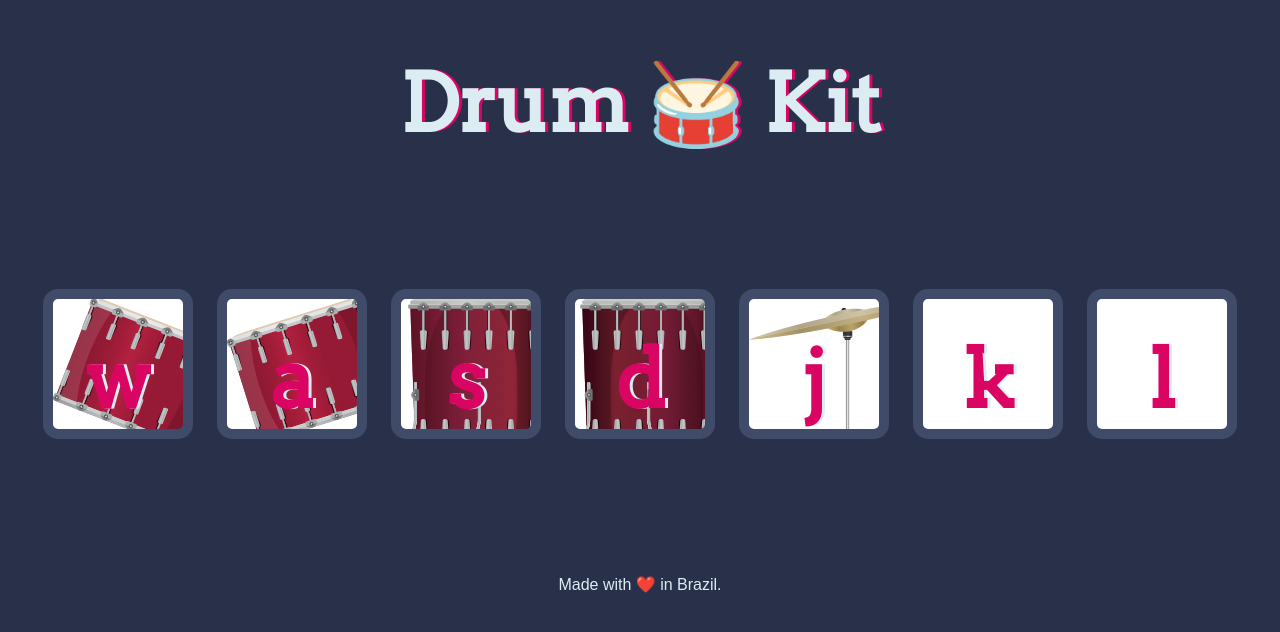
Repository: Mardoqueu/drum-kit
Page: index.html
The author's editor kept a copy of each file at every save. The page is drawn from the files as they stood at one save, then again after the next save.
The browser window is 1280 px wide. The pictures show the whole page.

Above is the page before, as saved 2022-10-15 09:57:29.

After the next save:
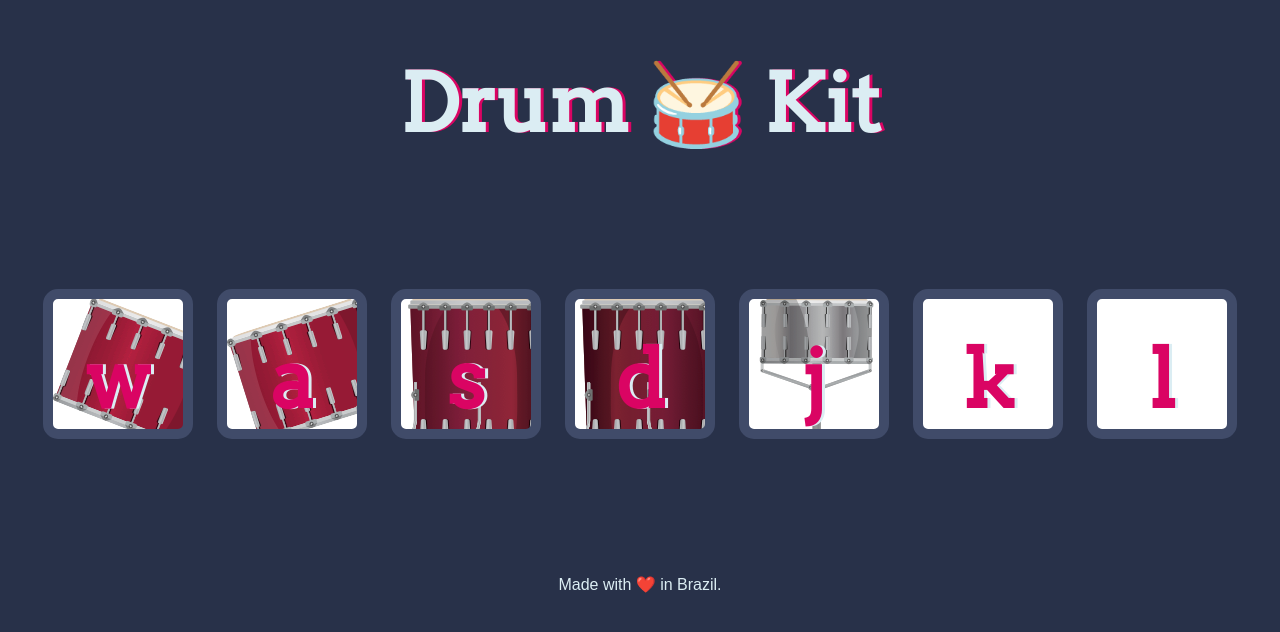
Saved 6 s later.
--- a/styles.css
+++ b/styles.css
@@ -33,7 +33,7 @@
 }
 
 .j {
-  background-image: url("images/crash.png");
+  background-image: url("images/snare.png");
 
 }
 
